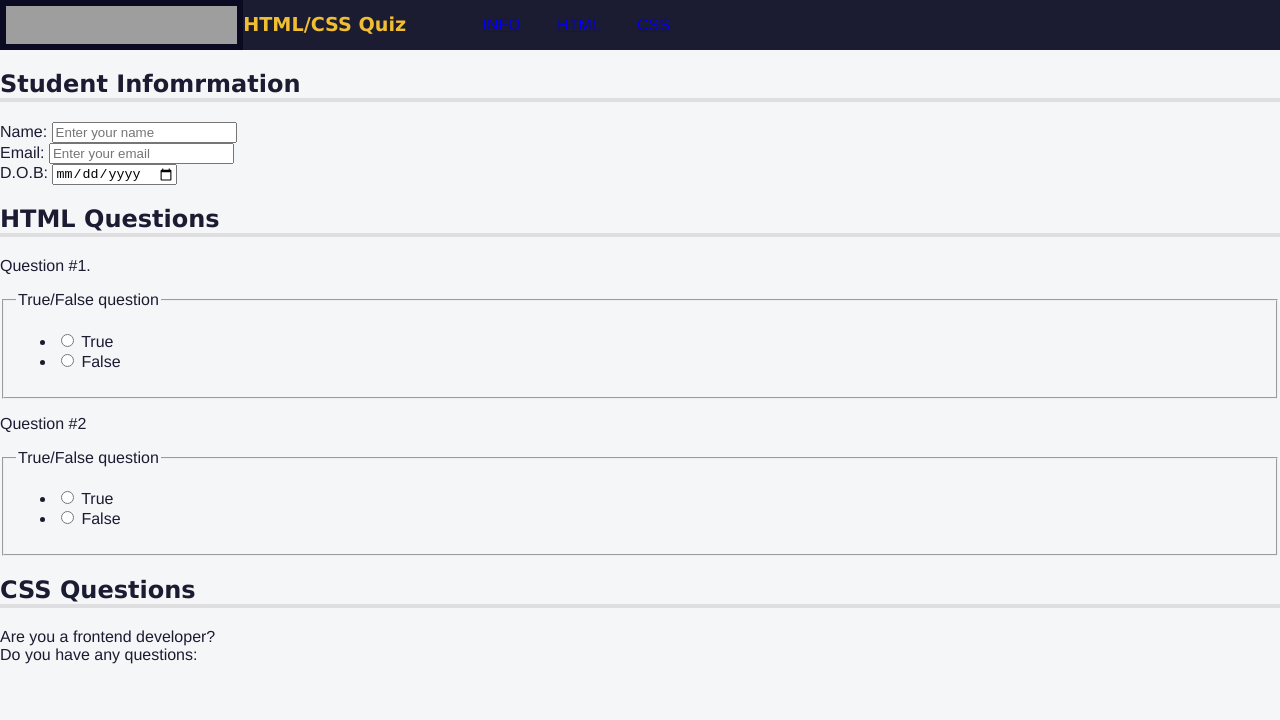
Repository: Lungdjos/accessibility_build_quiz
Page: index.html
An editor plug-in stored every save of this project. The page is shown before and after a run of saves, followed by the edit.
The browser window is 1280 px wide. The pictures show the whole page.
Pictures or frames that could not be fetched are drawn as grey boxes.

Above is the page before, as saved 2023-10-28 17:24:20.

### index.html
<!DOCTYPE html>
<html lang="en">

<head>
    <meta charset="UTF-8">
    <meta name="viewport" content="width=device-width, initial-scale=1.0">
    <meta name="description" content="Accessibility">
    <title>HTML/CSS Test Quiz</title>
    <link rel="stylesheet" href="styles.css">
</head>

<body>
    <header>
        <img src="https://cdn.freecodecamp.org/platform/universal/fcc_primary.svg" alt="" id="logo">
        <h1>HTML/CSS Quiz</h1>
        <nav>
            <ul>
                <li>
                    <a href="#student-info">info</a></li>
                <li>
                    <a href="#html-questions">html</a></li>
                <li>
                    <a href="#css-questions">css</a></li>
            </ul>
        </nav>
    </header>
    <main>
        <form action="https://freecodecamp.org/practice-project/accessibility-quiz" method="post">
            <section role="region" aria-labelledby="student-info">
                <h2 id="student-info">Student Infomrmation</h2>
                <div class="info">
                    <label for="student-name">
                        Name:
                    </label><input type="text" name="name" id="student-name" placeholder="Enter your name">
                </div>
                <div class="info">
                    <label for="student-email">
                        Email:
                    </label><input type="email" name="email" id="student-email" placeholder="Enter your email">
                </div>
                <div class="info">
                    <label for="birth-date">
                        D.O.B:<span class="sr-only">(Date of Birth)</span>
                    </label><input type="date" name="dob" id="birth-date">
                </div>
            </section>

            <section role="region" aria-labelledby="html-questions">
                <h2 id="html-questions">HTML Questions</h2>
                <div class="question-block">
                    <p>1.</p>
                    <fieldset name="first-question" class="question">
                        <legend>True/False question</legend>
                        <ul class="answers-list">
                            <li>
                                <label for="q1-a1">
                                    <input type="radio" value="true" name="q1-answ" id="q1-a1"> True
                                </label>
                            </li>
                            <li>
                                <label for="q1-a2">
                                    <input type="radio" value="false" name="q1-answ" id="q1-a2"> False
                                </label>
                            </li>
                        </ul>
                    </fieldset>
                </div>
                <div class="question-block">
                    <p>2</p>
                    <fieldset name="second-question" class="question">
                        <legend>True/False question</legend>
                        <ul class="answers-list">
                            <li>
                                <label for="q2-a1">
                                    <input type="radio" value="true" name="q2-answ" id="q2-a1"> True
                                </label>
                            </li>
                            <li>
                                <label for="q2-a2">
                                    <input type="radio" value="false" name="q2-answ" id="q2-a2"> False
                                </label>
                            </li>
                        </ul>
                    </fieldset>
                </div>
            </section>

            <section role="region" aria-labelledby="css-questions">
                <h2 id="css-questions">CSS Questions</h2>
                <div class="formrow">
                    <div class="question-block">
                        <label for="">Are you a frontend developer?</label>
                    </div>
                    <div class="answer"></div>

                    <div class="question-block">
                        <label for="">Do you have any questions:</label>
                    </div>
                    <div class="answer"></div>
                </div>
            </section>
        </form>
    </main>
</body>

</html>

### styles.css
body {
    background: #f5f6f7;
    color: #1b1b32;
    font-family: Helvetica;
    margin: 0;
}

header {
    width: 100%;
    height: 50px;
    background-color: #1b1b32;
    display: flex;
}

#logo {
    width: max(100px, 18vw);
    background-color: #0a0a23;
    aspect-ratio: 35 / 4;
    padding: 0.4rem;
}

h1 {
    color: #f1be32;
    font-size: min(5vw, 1.2em);
}

nav {
    width: 50%;
    max-width: 300px;
    height: 50px;
}

nav>ul {
    display: flex;
    justify-content: space-evenly;
    text-transform: uppercase;
}

h1,
h2 {
    font-family: Verdana, Tahoma;
}

h2 {
    border-bottom: 4px solid #dfdfe2;
}

.sr-only {
    position: absolute;
    width: 1px;
    height: 1px;
    padding: 0;
    margin: -1px;
    overflow: hidden;
    clip: rect(0, 0, 0, 0);
    white-space: nowrap;
    border: 0;
}

p::before {
    content: "Question #";
}

After the next 2 saves:
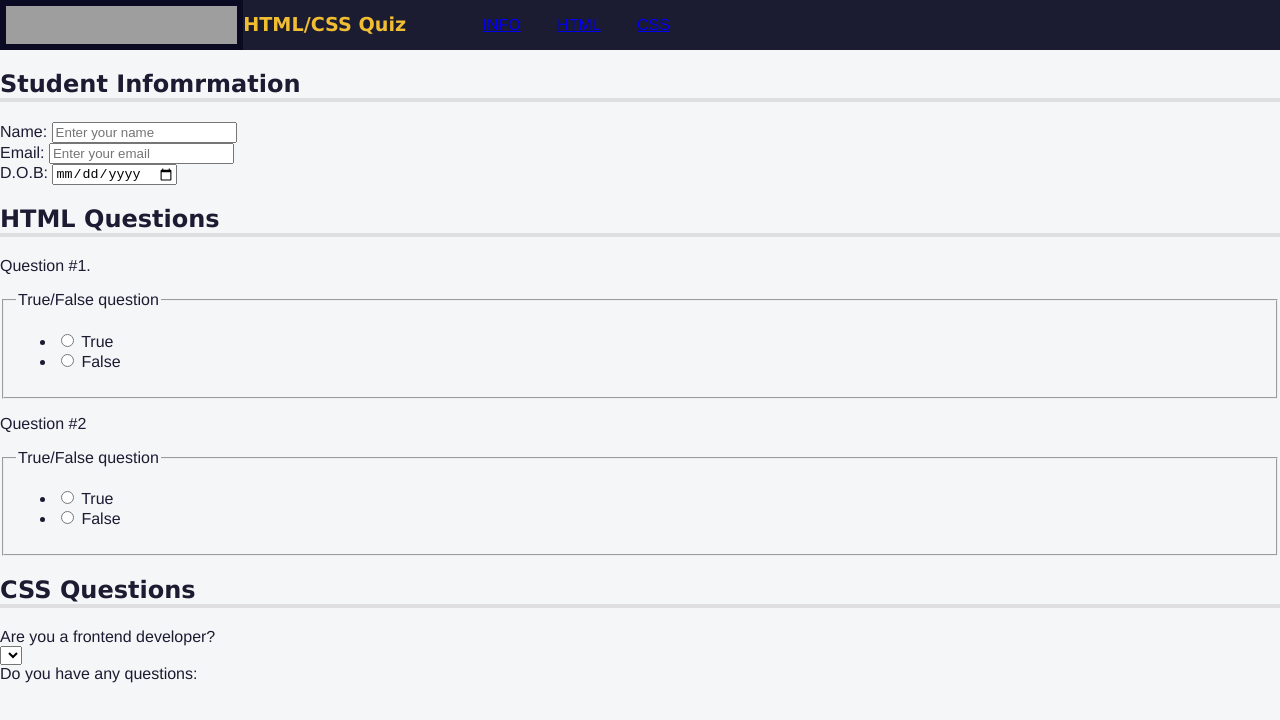
The 2 saves are shown as one change because they came seconds apart.
The last was saved 16 s later.
--- a/index.html
+++ b/index.html
@@ -91,7 +91,9 @@
                     <div class="question-block">
                         <label for="">Are you a frontend developer?</label>
                     </div>
-                    <div class="answer"></div>
+                    <div class="answer">
+                        <select name="" id=""></select>
+                    </div>
 
                     <div class="question-block">
                         <label for="">Do you have any questions:</label>
